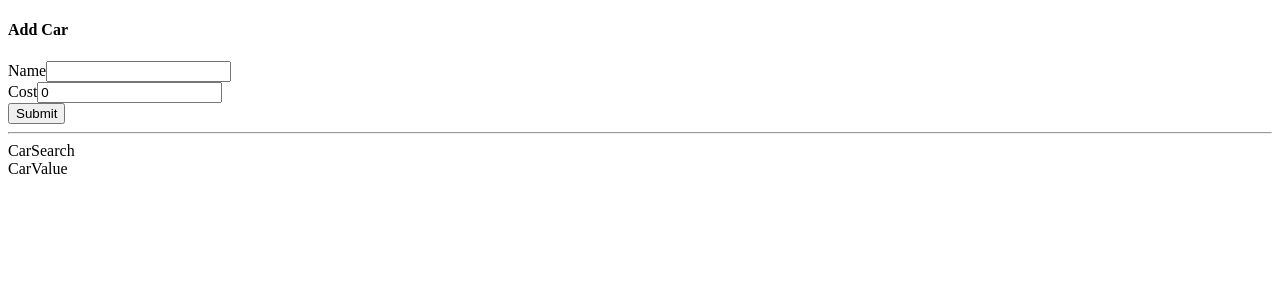
Repository: Mikerr21/Redux-Toolkit-Managing-Multiple-Slices
Page: /
The author's editor kept a copy of each file at every save. The page is drawn from the files as they stood at one save, then again after the next save.
The browser window is 1280 px wide. The pictures show the whole page.
The project was rebuilt for these pictures with package versions that can differ from the ones it lists, and the page was loaded fresh each time.

Above is the page before, as saved 2023-10-06 18:31:33.

After the next save:
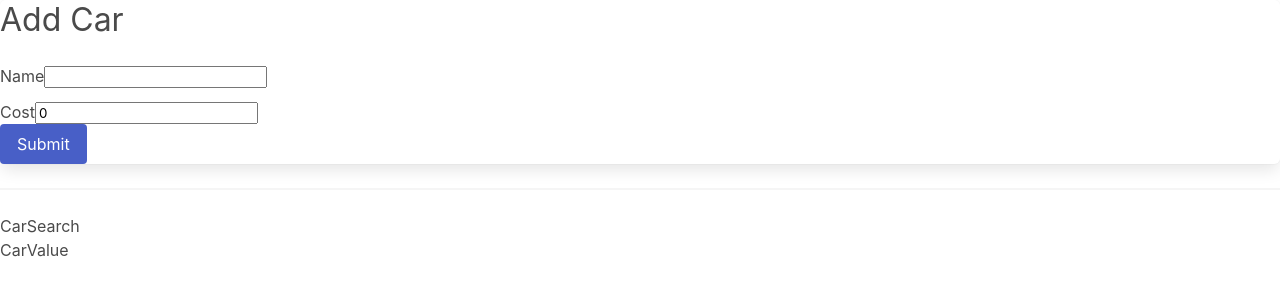
Saved 105 s later.
--- a/src/index.js
+++ b/src/index.js
@@ -1,3 +1,4 @@
+import 'bulma/css/bulma.css';
 import React from 'react';
 import {createRoot} from 'react-dom/client'
 import {Provider} from 'react-redux';
